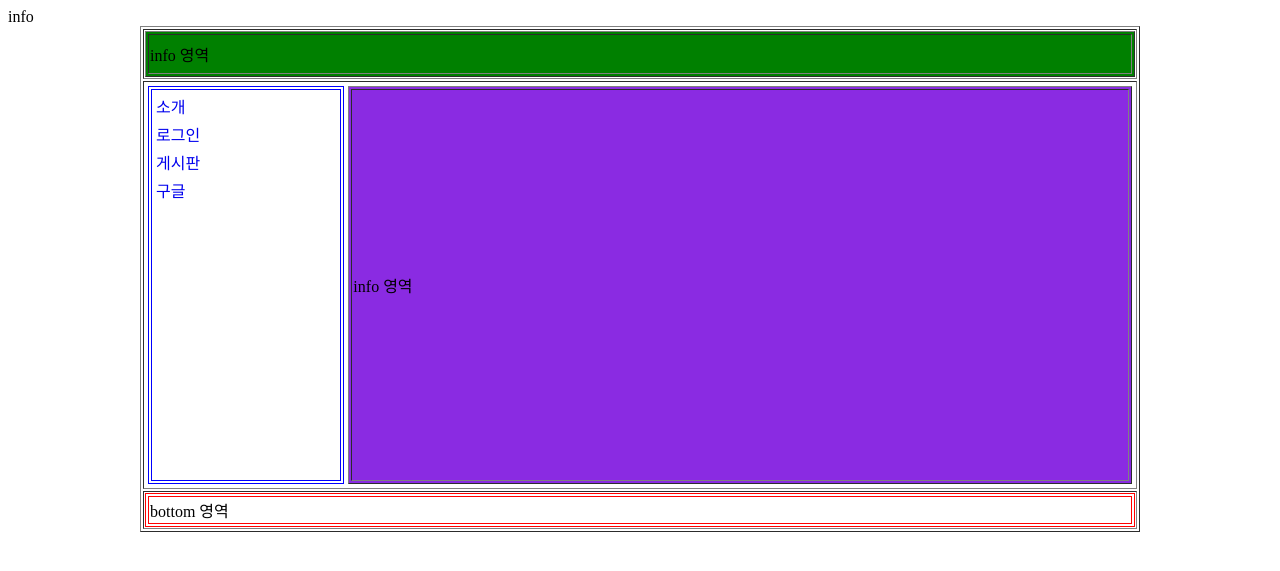
Repository: Kojonghoon/Workspace_java
Page: http://localhost/20221228/ajax/news/index.jsp?menu=info
An editor plug-in stored every save of this project. The page is shown before and after the next save, followed by the edit.
The browser window is 1280 px wide. The pictures show the whole page.
The page is served by Tomcat 9. Other server files are loaded and not shown.

Above is the page before, as saved 2023-02-10 02:57:29.

### 20221228/src/main/webapp/ajax/news/index.jsp
<%@ page language="java" contentType="text/html; charset=UTF-8"
    pageEncoding="UTF-8"%>
<%
	String menu = request.getParameter("menu");//info or login or board or google
	out.print(menu);
%>
<!DOCTYPE html>
<html lang="ko">
  <head>
    <meta charset="UTF-8" />
    <meta http-equiv="X-UA-Compatible" content="IE=edge" />
    <meta name="viewport" content="width=device-width, initial-scale=1.0" />
    <title>패턴1</title>
    <style>
      a {
        text-decoration: none;
      }
    </style>
  </head>
  <body>
    <!-- 태그는 중첩해서 사용 가능함 -->
    <!-- 크기는 % 로 주는 것이 좋다. 가변적이니까 -->
    <table border="1" align="center" width="1000px">
      <tr>
        <td width="100%" height="50px">
          <!--=================== top 시작 =================-->
		  <%@ include file="top.jsp" %>
          <!--=================== top 끝 =================-->
        </td>
      </tr>
      <tr>
        <td>
          <!--=================== body 시작 =================-->
          <table>
            <tr>
              <!--=================== 메뉴 시작 =================-->
              <td width="200px" height="400px">
              <%@ include file="menu.jsp" %>
              </td>
              <!--=================== 메뉴 끝 ===================-->
              <td width="800px" height="400px">
<%
	if(menu == null){
%>
              <%@ include file="main.jsp" %>
<%
	}else if("info".equals(menu)){
%>
              <%@ include file="info.jsp" %>
<%
	}else if("login".equals(menu)){
%>
              <%@ include file="login.jsp" %>
<%
	}else if("board".equals(menu)){
%>
              <%@ include file="board.jsp" %>
<%
	}else if("google".equals(menu)){
%>
              <%@ include file="google.jsp" %>
<%
	}
%>
              </td>
            </tr>
          </table>
          <!--=================== body 끝 =================-->
        </td>
      </tr>
      <tr>
        <td width="1000px" height="30px">
          <!--=================== bottom 시작 =================-->
          <%@ include file="bottom.jsp" %>
          <!--=================== bottom 끝 =================-->
        </td>
      </tr>
    </table>
  </body>
</html>

### 20221228/src/main/webapp/ajax/news/top.jsp
<%@ page language="java" contentType="text/html; charset=UTF-8"
	pageEncoding="UTF-8"%>
<table border="1" width="100%" height="100%"style="background-color: green">
	<tr>
		<td>info 영역</td>
	</tr>
</table>

### 20221228/src/main/webapp/ajax/news/menu.jsp
<%@ page language="java" contentType="text/html; charset=UTF-8"
    pageEncoding="UTF-8"%>

<table border="1" bordercolor="blue" width="100%" height="100%">
  <tr>
    <td valign="top">
      <table>
        <tr>
          <td><a href="./index.jsp?menu=info">소개</a></td>
        </tr>
        <tr>
          <td><a href="./index.jsp?menu=login">로그인</a></td>
        </tr>
        <tr>
          <td><a href="./index.jsp?menu=board">게시판</a></td>
        </tr>
        <tr>
          <td><a href="./index.jsp?menu=google">구글</a></td>
        </tr>
      </table>
    </td>
  </tr>
</table>

### 20221228/src/main/webapp/ajax/news/main.jsp
<%@ page language="java" contentType="text/html; charset=UTF-8"
    pageEncoding="UTF-8"%>
<table border="1" bordercolor="gray" width="100%" height="100%">
  <tr>
    <td>메인</td>
  </tr>
</table>

### 20221228/src/main/webapp/ajax/news/info.jsp
<%@ page language="java" contentType="text/html; charset=UTF-8"
    pageEncoding="UTF-8"%>
<table border="1" width="100%" height="100%" style = "background-color:blueviolet">
  <tr>
    <td>info 영역</td>
  </tr>
</table>

### 20221228/src/main/webapp/ajax/news/login.jsp
<%@ page language="java" contentType="text/html; charset=UTF-8"
    pageEncoding="UTF-8"%>
<table border="1" width="100%" height="100%" style = "background-color:aquamarine">
  <tr>
    <td>login 영역</td>
  </tr>
</table>

### 20221228/src/main/webapp/ajax/news/board.jsp
<%@ page language="java" contentType="text/html; charset=UTF-8"
    pageEncoding="UTF-8"%>
<table border="1" width="100%" height="100%" style = "background-color:lightblue">
  <tr>
    <td>board 영역</td>
  </tr>
</table>

### 20221228/src/main/webapp/ajax/news/google.jsp
<%@ page language="java" contentType="text/html; charset=UTF-8"
    pageEncoding="UTF-8"%>
<table border="1" width="100%" height="100%" style = "background-color:lightgoldenrodyellow">
  <tr>
    <td>google 영역</td>
  </tr>
</table>

### 20221228/src/main/webapp/ajax/news/bottom.jsp
<%@ page language="java" contentType="text/html; charset=UTF-8"
    pageEncoding="UTF-8"%>
<table border="1" width="100%" height="100%" bordercolor="red">
  <tr>
    <td>bottom 영역</td>
  </tr>
</table>

After the next save:
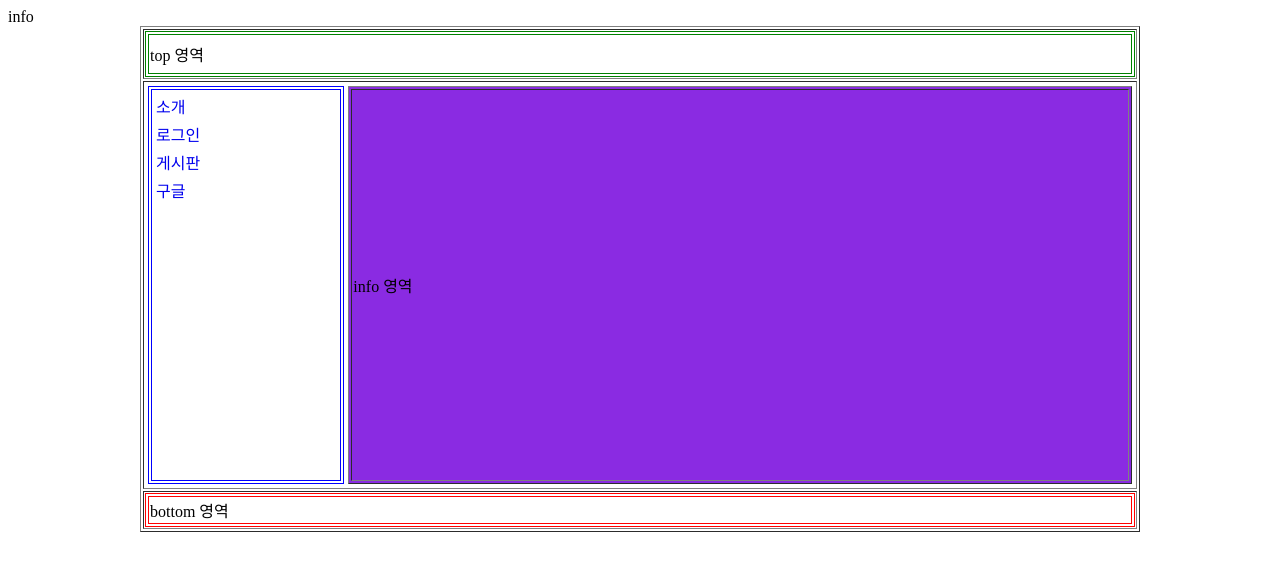
Saved 8 s later.
--- a/20221228/src/main/webapp/ajax/news/top.jsp
+++ b/20221228/src/main/webapp/ajax/news/top.jsp
@@ -1,7 +1,7 @@
 <%@ page language="java" contentType="text/html; charset=UTF-8"
-	pageEncoding="UTF-8"%>
-<table border="1" width="100%" height="100%"style="background-color: green">
-	<tr>
-		<td>info 영역</td>
-	</tr>
+    pageEncoding="UTF-8"%>
+<table border="1" width="100%" height="100%" bordercolor="green">
+  <tr>
+    <td>top 영역</td>
+  </tr>
 </table>
